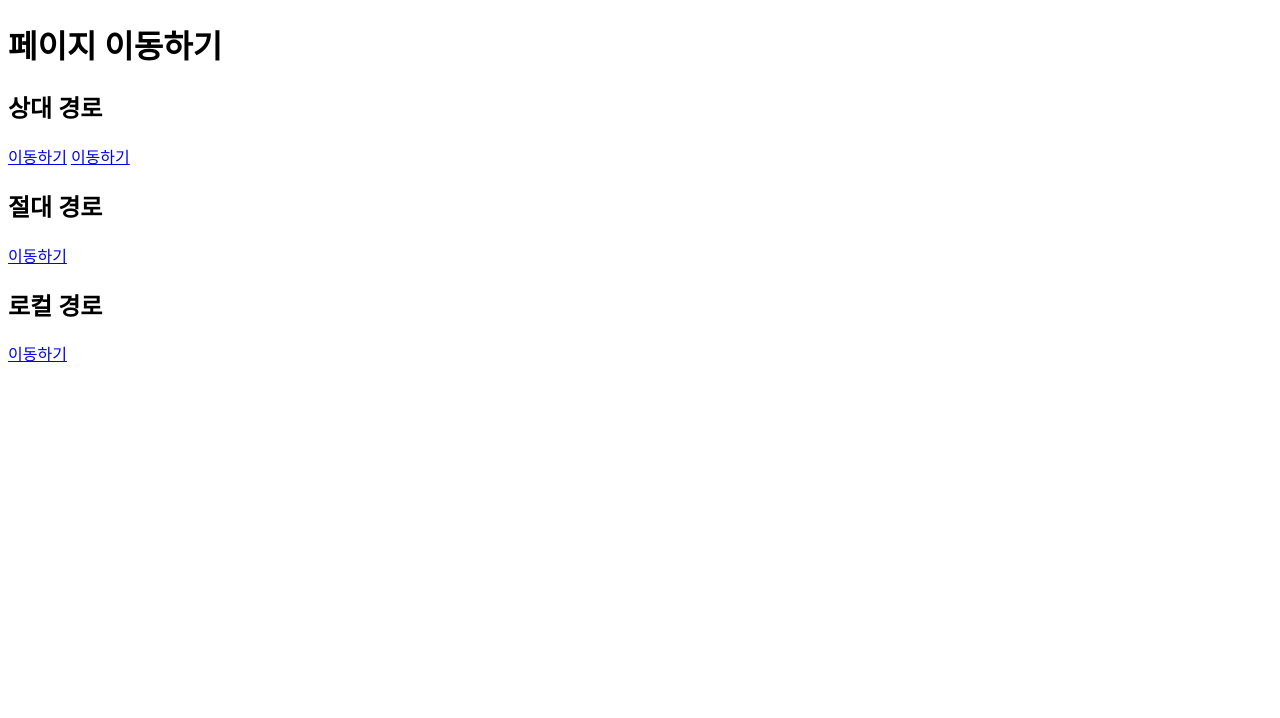
Repository: sujin9335/Front-end
Page: ClientTest/src/main/webapp/html/ex12_url.html
The author's editor kept a copy of each file at every save. The page is drawn from the files as they stood at one save, then again after the next save.
The browser window is 1280 px wide. The pictures show the whole page.

Above is the page before, as saved 2023-09-20 06:29:00.

### ClientTest/src/main/webapp/html/ex12_url.html
<!DOCTYPE html>
<html>
<head>
<meta charset="UTF-8">
<title>Insert title here</title>
</head>
<body>

	<!--

		URL(URI)
		- Uniform Resource Identifier
		- Uniform Resource Locator
		- 웹상의 자원(페이지,이미지,영상,프로그램 등)을 구분하기 위한 고유 주소값


		- http://localhost:8090/client/html/ex12_url.html
		- http://www.naver.com:80/ (80, 443 은 포트번호 생략되서 안보임)
		- https://www.naver.com:443/
		- https://www.google.com:443/

		1. http://
		   https://
		   	- 프로토콜(=통신 규약)
		   	- Hyper Text Transfer Protocol > 웹 페이지를 주고 받는 통신

		   	- Security (https:// 에 붙는 s)
		   	- 웹서버와 클라이언트간의 데이터를 주고 받기 위한 약속

		2. localhost(=127.0.0.1)
			www.naver.com
			www.google.com
			- 도메인 > DNS > Server IP Address 변환 접속
			- 서버측 호스트(컴퓨터)의 주소

		3. 	:8090
			:80
			:443
			- 웹서버 포트번호
			- 아파치 톰캣을 찾기 위해서 사용(아이피는 해당 컴퓨터 주소, 포트는 해당 프로그램 주소)

		4. /client/html/ex12_url.html
			- client > Context Root(=webapp 폴더)
			- /html/ex12_url.html > 실제 자원의 경로




		URL 표현 방법

		1. 상대 경로
			- 주소의 시작을 '.'으로 한다
			- '.': 현재 페이지가 존재하는 폴더의 경로

		2. 절대 경로
			- 주소의 시작을 '/'로 한다
			- '/': 프로젝트의 웹루트 폴더의 경로
			- '/client' == webapp 폴더

		3. 로컬 경로
			- 드라이브명으로 시작 > 사용 불가능

		4. 외부 경로
			- 남의 사이트의 자원 참조 (예시: 이미지 주소 사용시)
			- http://000
			- https://000


		파일 경로
		- C:\test\aaa\test.txt

		웹 경로
		- http://test.com/aaa/test.html





	-->
	<h1>페이지 이동하기</h1>

	<h2>상대 경로</h2>

	<a href="./ex11_link.html">이동하기</a>
	<a href="ex11_link.html">이동하기</a>

	<h2>절대 경로</h2>

	<a href="/client/html/ex11_link.html">이동하기</a>

	<h2>로컬 경로</h2>
	<!-- 웹에서는 쓸모없어서 막아놈 -->
	<a href="C:\class\code\client\ClientTest\src\main\webapp\html\ex11_link.html">이동하기</a>


</body>
</html>

After the next save:
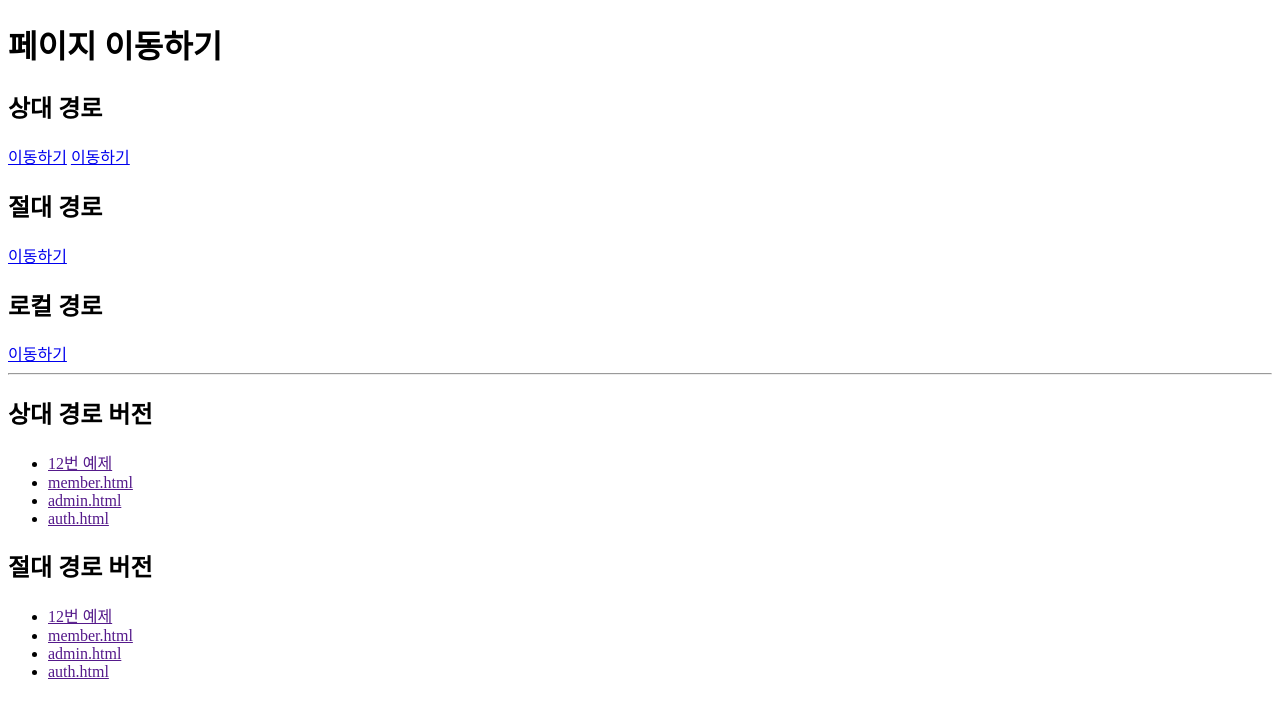
Saved 2 min 18 s later.
--- a/ClientTest/src/main/webapp/html/ex12_url.html
+++ b/ClientTest/src/main/webapp/html/ex12_url.html
@@ -93,5 +93,24 @@
 	<a href="C:\class\code\client\ClientTest\src\main\webapp\html\ex11_link.html">이동하기</a>
 
 
+	<hr>
+
+	<h2>상대 경로 버전</h2>
+	<ul>
+		<li><a href="">12번 예제</a></li>
+		<li><a href="">member.html</a></li>
+		<li><a href="">admin.html</a></li>
+		<li><a href="">auth.html</a></li>
+	</ul>
+
+	<h2>절대 경로 버전</h2>
+	<ul>
+		<li><a href="">12번 예제</a></li>
+		<li><a href="">member.html</a></li>
+		<li><a href="">admin.html</a></li>
+		<li><a href="">auth.html</a></li>
+	</ul>
+
+
 </body>
 </html>
